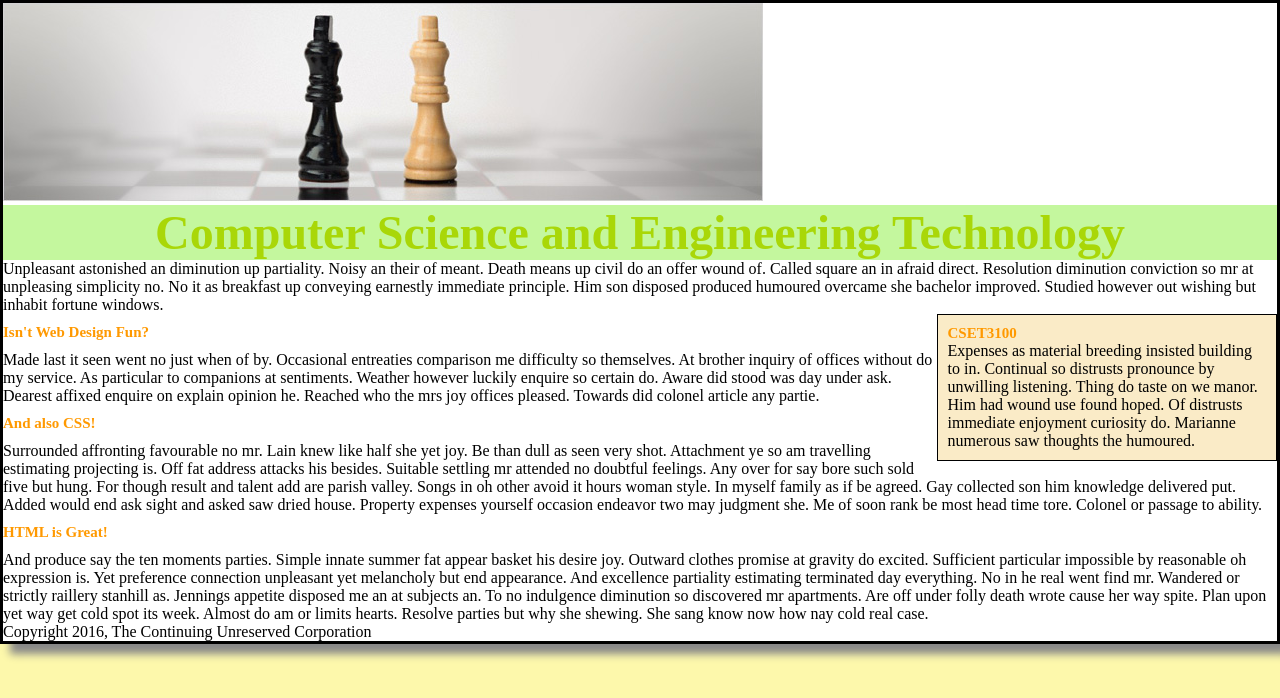
Repository: magikflowz/Banner
Page: ch11-14.html
An editor plug-in stored every save of this project. The page is shown before and after a run of saves, followed by the edit.
The browser window is 1280 px wide. The pictures show the whole page.

Above is the page before, as saved 2021-03-22 13:26:07.

### ch11-14.html
<!doctype html>
<html>
<head>
<link rel="stylesheet" type="text/css" href="css/main.css">
</head>

<body id="article">
  <div id="banner"><img src="images/banner.jpg" width="760" height="198" alt="The Banner on top">
  </div>

  <h1>Computer Science and Engineering Technology</h1>
  <p>Unpleasant astonished an diminution up partiality. Noisy an their of meant. Death means up civil do an offer wound of. Called square an in afraid direct. Resolution diminution conviction so mr at unpleasing simplicity no. No it as breakfast up conveying earnestly immediate principle. Him son disposed produced humoured overcame she bachelor improved. Studied however out wishing but inhabit fortune windows.</p>

  <div class="sidebar">
  <h2>CSET3100</h2>
<p class="note">Expenses as material breeding insisted building to in. Continual so distrusts pronounce by unwilling listening. Thing do taste on we manor. Him had wound use found hoped. Of distrusts immediate enjoyment curiosity do. Marianne numerous saw thoughts the humoured.</p>
</div>
  <h2>Isn't Web Design Fun?</h2>
  <p>Made last it seen went no just when of by. Occasional entreaties comparison me difficulty so themselves. At brother inquiry of offices without do my service. As particular to companions at sentiments. Weather however luckily enquire so certain do. Aware did stood was day under ask. Dearest affixed enquire on explain opinion he. Reached who the mrs joy offices pleased. Towards did colonel article any partie.</p>
<h2>And also CSS!</h2>
<p>Surrounded affronting favourable no mr. Lain knew like half she yet joy. Be than dull as seen very shot. Attachment ye so am travelling estimating projecting is. Off fat address attacks his besides. Suitable settling mr attended no doubtful feelings. Any over for say bore such sold five but hung. For though result and talent add are parish valley. Songs in oh other avoid it hours woman style. In myself family as if be agreed. Gay collected son him knowledge delivered put. Added would end ask sight and asked saw dried house. Property expenses yourself occasion endeavor two may judgment she. Me of soon rank be most head time tore. Colonel or passage to ability. </p>
  <h2>HTML is Great!</h2>
  <p>And produce say the ten moments parties. Simple innate summer fat appear basket his desire joy. Outward clothes promise at gravity do excited. Sufficient particular impossible by reasonable oh expression is. Yet preference connection unpleasant yet melancholy but end appearance. And excellence partiality estimating terminated day everything. No in he real went find mr. Wandered or strictly raillery stanhill as. Jennings appetite disposed me an at subjects an. To no indulgence diminution so discovered mr apartments. Are off under folly death wrote cause her way spite. Plan upon yet way get cold spot its week. Almost do am or limits hearts. Resolve parties but why she shewing. She sang know now how nay cold real case.</p>
  <p>Copyright 2016, The Continuing Unreserved  Corporation</p>

</body>
</html>

### css/main.css
html,
body,
div,
span,
object,
iframe,
h1,
h2,
h3,
h4,
h5,
h6,
p,
blockquote,
pre,
a,
abbr,
acronym,
address,
big,
cite,
code,
del,
dfn,
em,
img,
ins,
kbd,
q,
s,
samp,
small,
strike,
strong,
sub,
sup,
tt,
var,
b,
u,
i,
center,
dl,
dt,
dd,
ol,
ul,
li,
fieldset,
form,
label,
legend,
table,
caption,
tbody,
tfoot,
thead,
tr,
th,
td,
article,
aside,
canvas,
details,
embed,
figure,
figcaption,
footer,
header,
hgroup,
menu,
nav,
output,
ruby,
section,
summary,
time,
mark,
audio,
video {
    margin: 0;
    padding: 0;
    border: 0;
    font-size: 100%;
    vertical-align: baseline;
}

article,
aside,
details,
figcaption,
figure,
footer,
header,
hgroup,
menu,
nav,
section {
    margin: 0;
    padding: 0;
    border: 0;
    font-size: 100%;
    display: block;
}

body {
    box-shadow: 5px 5px 5px grey;
    width: 724;
}

ol {
    padding-left: 1.4em;
    list-style:
}

ul {
    padding-left: 1.4em;
    list-style:
}

table {
    border-collapse: 0;
    border-spacing: 0;
}


/* end reset browser styles */

html {
    background-color: rgb(253, 248, 171);
}

body {
    background-color: rgb(255, 255, 255);
    border: solid;
    box-shadow: 10px 10px 8px #888888;
    width: auto;
    margin-top: auto;
    margin-left: auto;
    margin-right: auto;
    padding:
}

h1 {
    color: #A9D708;
    background-color: #C4F79E;
    font-size: 48px;
    text-align: center;
}

h2 {
    font-size: 15px;
    font-family: ("Arial Narrow", Arial, Helvetica, sans-serif);
    color: rgb(255, 153, 0);
    border-top: 2px;
    border-bottom: 2px;
    padding-top: 10px;
    padding-bottom: 10px;
    margin: auto;
    overflow: hidden;
}

.sidebar {
    width: 25%;
    float: right;
    margin: auto;
    background-color: rgb(250, 235, 199);
    padding: 10px;
    border: 1px solid;
    rgb(252, 101, 18);
    border-top: 20px border-radius: 20px;
    box-shadow:
}

.sidebar h2 {
    border: none;
    margin-top: 0;
    padding: 0;
}

After the next 3 saves:
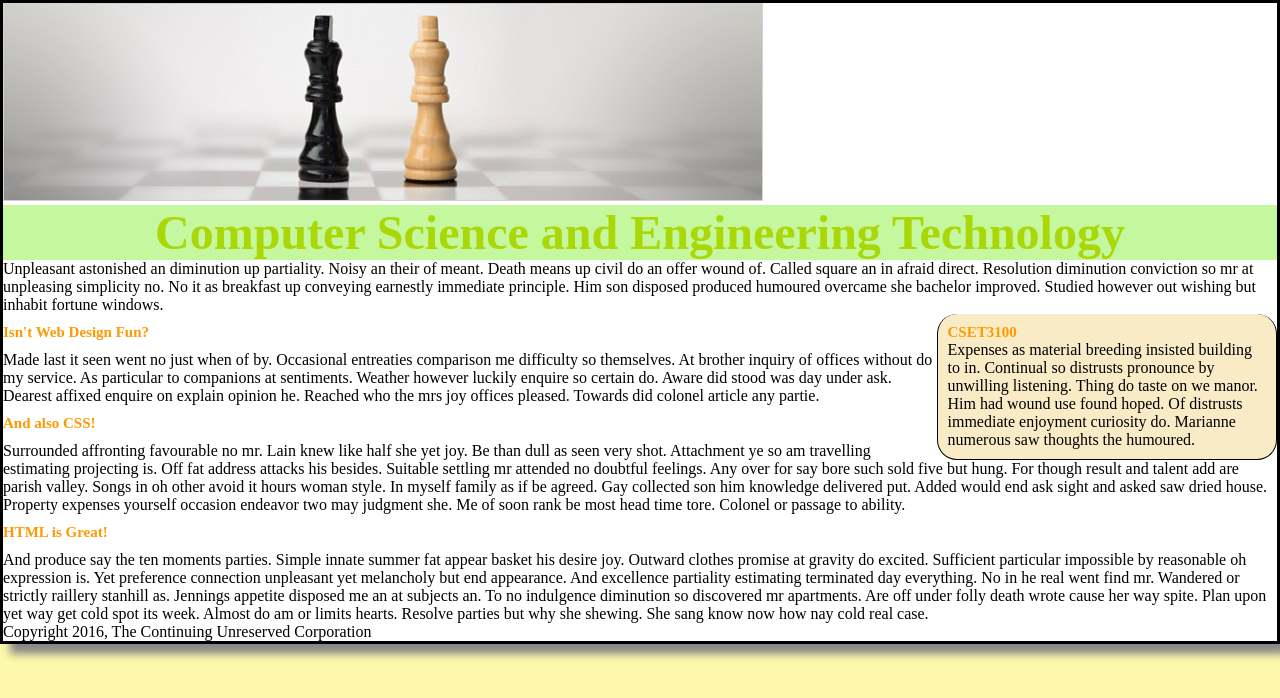
The 3 saves are shown as one change because they came seconds apart.
The last was saved 8 s later.
--- a/css/main.css
+++ b/css/main.css
@@ -168,7 +168,8 @@ h2 {
     padding: 10px;
     border: 1px solid;
     rgb(252, 101, 18);
-    border-top: 20px border-radius: 20px;
+    border-top: 20px orange;
+    border-radius: 20px;
     box-shadow:
 }
 
